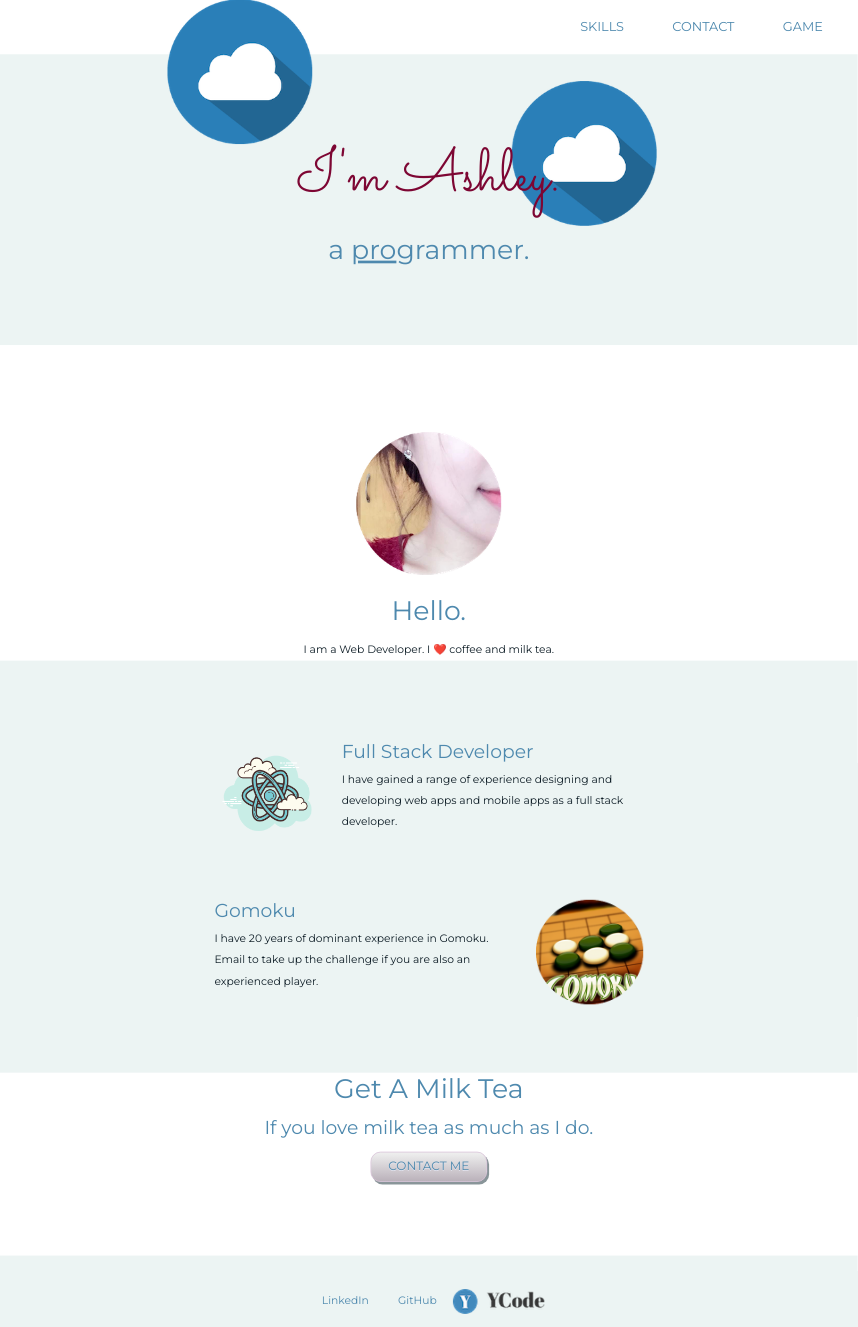
Repository: nosugarpls/YCode-my-website
Page: index.html
These files come from the project's save history. The page is drawn as it stood at one moment and after the next save; the edit follows.
The browser window is 1280 px wide. The pictures show the whole page, at 67% of full size.

Above is the page before, as saved 2020-09-25 10:22:53.

### index.html
<!DOCTYPE html>
<html>
<head>
  <meta charset="utf-8">
  <title>Ashley(Yu) Shi</title>


  <!-- CSS Stylesheets -->
  <link rel="stylesheet" href="https://stackpath.bootstrapcdn.com/bootstrap/4.5.2/css/bootstrap.min.css" integrity="sha384-JcKb8q3iqJ61gNV9KGb8thSsNjpSL0n8PARn9HuZOnIxN0hoP+VmmDGMN5t9UJ0Z" crossorigin="anonymous">
  <link rel="stylesheet" href="css/styles.css">
  <link href="https://fonts.googleapis.com/css?family=Merriweather|Montserrat|Sacramento" rel="stylesheet">
  <link rel="icon" href="images/YLogo.png">


  <!-- Bootstrap Scripts -->
  <script src="https://code.jquery.com/jquery-3.5.1.slim.min.js" integrity="sha384-DfXdz2htPH0lsSSs5nCTpuj/zy4C+OGpamoFVy38MVBnE+IbbVYUew+OrCXaRkfj" crossorigin="anonymous"></script>
  <script src="https://cdn.jsdelivr.net/npm/popper.js@1.16.1/dist/umd/popper.min.js" integrity="sha384-9/reFTGAW83EW2RDu2S0VKaIzap3H66lZH81PoYlFhbGU+6BZp6G7niu735Sk7lN" crossorigin="anonymous"></script>
  <script src="https://stackpath.bootstrapcdn.com/bootstrap/4.5.2/js/bootstrap.min.js" integrity="sha384-B4gt1jrGC7Jh4AgTPSdUtOBvfO8shuf57BaghqFfPlYxofvL8/KUEfYiJOMMV+rV" crossorigin="anonymous"></script>
</head>

<body>

  <!-- Nav Bar -->
  <nav class="navbar navbar-expand-lg navbar-light">
    <button class="navbar-toggler" type="button" data-toggle="collapse" data-target="#navbarToggler">
        <span class="navbar-toggler-icon"></span>
    </button>

    <div class="collapse navbar-collapse" id="navbarToggler">
      <ul class="navbar-nav ml-auto">
        <li class="nav-item">
          <a class="nav-link" href="#skills">SKILLS</a>
        </li>
        <li class="nav-item">
          <a class="nav-link" href="#contact">CONTACT</a>
        </li>
        <li class="nav-item">
          <a class="nav-link" href="piano.html">GAME</a>
        </li>
      </ul>
    </div>
  </nav>


  <div class="top-container">
    <img class="top-cloud" src="images/cloud.png" alt="cloud">
    <div class="title-text">
      <h1 class="big-title">I'm Ashley.</h1>
      <h2>a <span class="pro">pro</span>grammer.</h2>
    </div>
    <img class="bottom-cloud" src="images/cloud.png" alt="cloud">
  </div>

  <div class="middle-container">
    <div class="profile">
      <img class="avatar" src="images/ashely.png" alt="ashley-profile-img">
      <h2>Hello.</h2>
      <p class="intro">I am a Web Developer. I ❤️ coffee and milk tea.</p>
    </div>

    <div class="skills" id="skills">
      <div class="skill-row">
        <img class="react-img" src="images/react.png" alt="react-img">
        <h3>Full Stack Developer</h3>
        <p>I have gained a range of experience designing and developing web apps and mobile apps as a full stack developer.</p>
      </div>
      <div class="skill-row">
        <img class="game-img" src="images/game.png" alt="game-img">
        <h3>Gomoku</h3>
        <p>I have 20 years of dominant experience in Gomoku. Email to take up the challenge if you are also an experienced player.</p>
      </div>

    </div>

    <div class="contact-me" id="contact">
      <h2>Get A Milk Tea</h2>
      <h3>If you love milk tea as much as I do.</h3>
      <a class="btn" href="mailto:coloraworld@gmail.com">CONTACT ME</a>
    </div>
  </div>


  <div class="bottom-container">
    <a href="https://www.linkedin.com/in/yu-ashley-shi-328239197/">LinkedIn</a>
    <a href="https://github.com/nosugarpls">GitHub</a>
    <img src="images/logo.png" alt="img">
  </div>
</body>
</html>

### css/styles.css
body {
  color: #40514E;
  margin: 0;
  text-align: center;
  font-family: 'Merriweather', serif;
}

h1 {
  color: #7d0633;
  font-size: 5.625rem;
  margin: 50px auto 0 auto;
  font-family: 'Sacramento', cursive;
  z-index: 1;
  position: relative;
}

h2 {
  color: #4e89ae;
  font-family: 'Montserrat', sans-serif;
  font-size: 2.5rem;
  font-weight: normal;
  padding-bottom: 10px;
}

h3 {
  color: #4e89ae;
  font-family: 'Montserrat', sans-serif;
}

p {
  line-height: 2;
  color: #0f1e27;
  font-family: 'Montserrat', sans-serif;
}

a {
  color: #4e89ae;
  font-family: 'Montserrat', sans-serif;
  margin: 10px 20px;
  text-decoration: none;
}

.big-title {
  margin-top: 30px;
  margin-bottom: 30px;
}

.avatar {
  margin-top: 30px;
  margin-bottom: 30px;
}

.skills {
  background-color: #ecf4f3;
  padding-top: 20px;
  padding-bottom: 20px;
}


.top-container {
  background-color: #ecf4f3;
  position: relative;
  padding-top: 100px;
  padding-bottom: 100px;
}


.middle-container {
  margin: 100px 0;
}

.bottom-container {
  background-color: #ecf4f3;
  padding: 50px 0 20px;
}

.skill-row {
  width: 50%;
  margin: 100px auto 100px auto;
  text-align: left;
}

.pro {
  text-decoration: underline;
}

.intro {
  width: 30%;
  margin: auto;
  color: #0f1e27;
  font-family: 'Montserrat', sans-serif;
}

.contact-message {
  width: 40%;
  margin: 40px auto 60px;
}

.top-cloud {
  position: absolute;
  right: 300px;
  top: 40px;
}

.bottom-cloud {
  position: absolute;
  left: 250px;
  bottom: 300px;
}

.react-img {
  width: 25%;
  float: left;
  margin-right: 30px;
}

.game-img {
  width: 25%;
  float: right;
  margin-left: 30px;
}

.btn {
	box-shadow: 3px 4px 0px 0px #899599;
	background:linear-gradient(to bottom, #ededed 5%, #bab1ba 100%);
	background-color:#ededed;
	border-radius:15px;
	border:1px solid #d6bcd6;
	display:inline-block;
	cursor:pointer;
	color:#4e89ae;
  font-family: 'Montserrat', sans-serif;
	font-size:18px;
	padding:8px 25px;
	text-decoration:none;
	text-shadow:0px 1px 0px #e1e2ed;
}

.btn:hover {
	background:linear-gradient(to bottom, #bab1ba 5%, #ededed 100%);
	background-color:#bab1ba;
}

.btn:active {
	position:relative;
	top:1px;
}

/* Navigation Bar */

.nav-item {
  padding: 0 8px;
}

.nav-link {
  font-size: 1.2rem;
  font-family: 'Montserrat', sans-serif;
  color: #4e89ae !important;
  z-index: 2;
  position:relative;
}

After the next save:
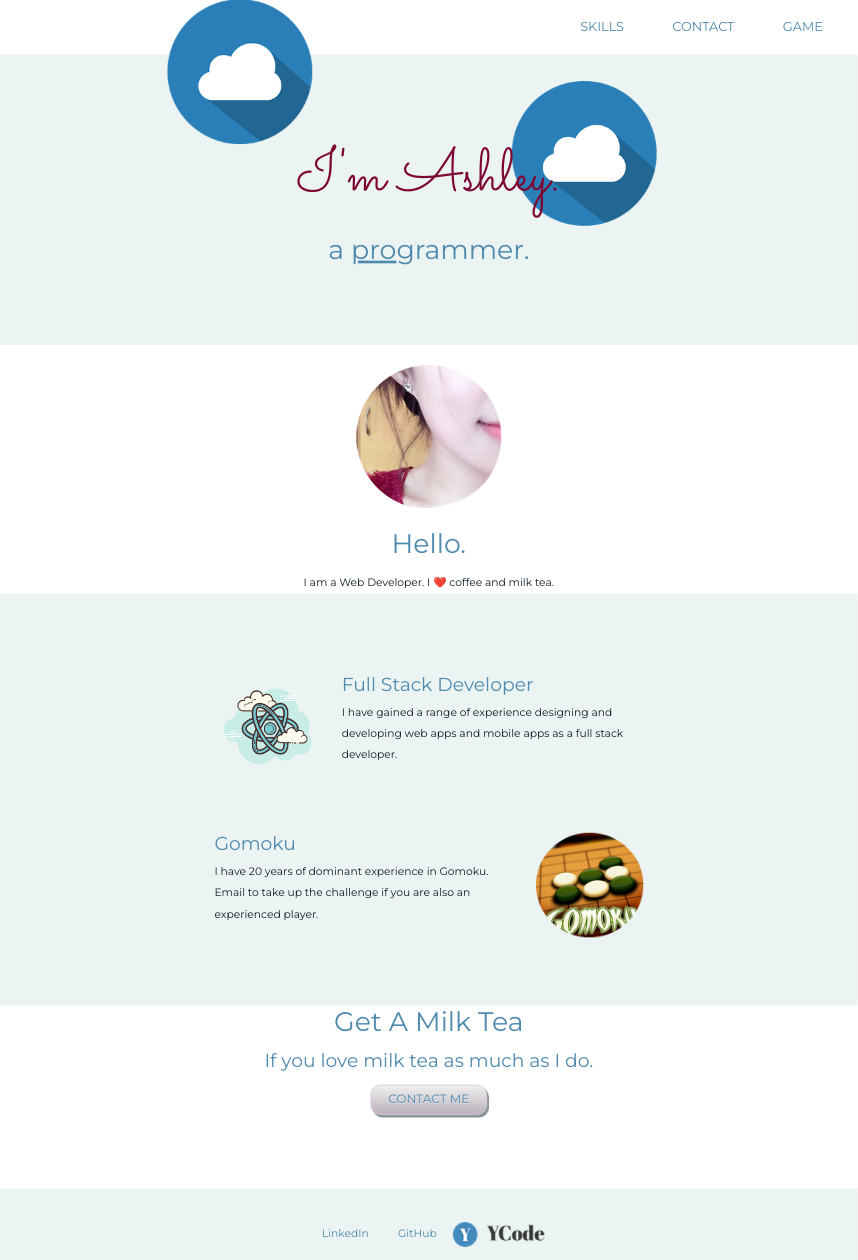
Saved 105 s later.
--- a/css/styles.css
+++ b/css/styles.css
@@ -66,7 +66,8 @@
 
 
 .middle-container {
-  margin: 100px 0;
+  margin-top: auto;
+  margin-bottom: 100px;
 }
 
 .bottom-container {

After the save that followed:
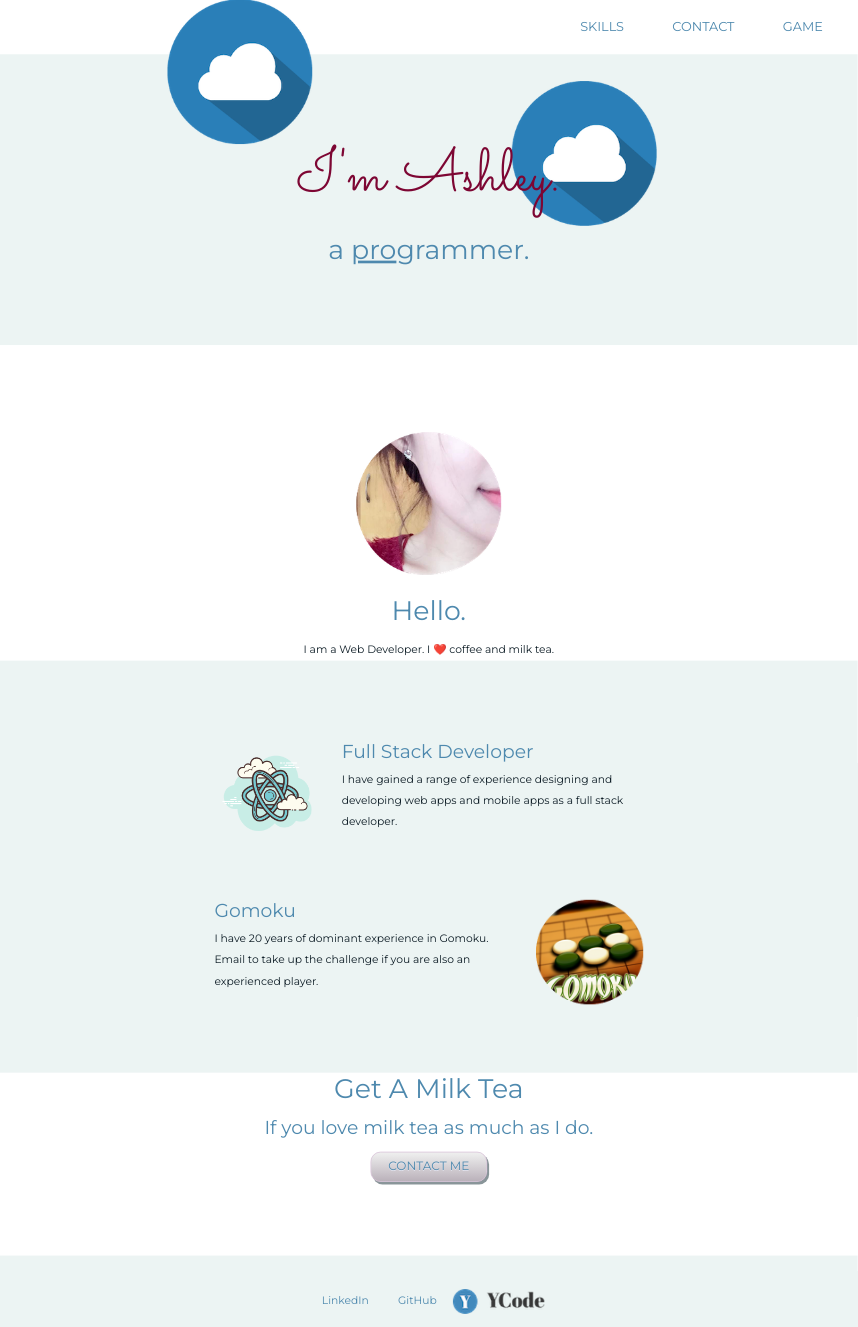
Saved 13 s later.
--- a/css/styles.css
+++ b/css/styles.css
@@ -66,7 +66,7 @@
 
 
 .middle-container {
-  margin-top: auto;
+  margin-top: 100px;
   margin-bottom: 100px;
 }
 
